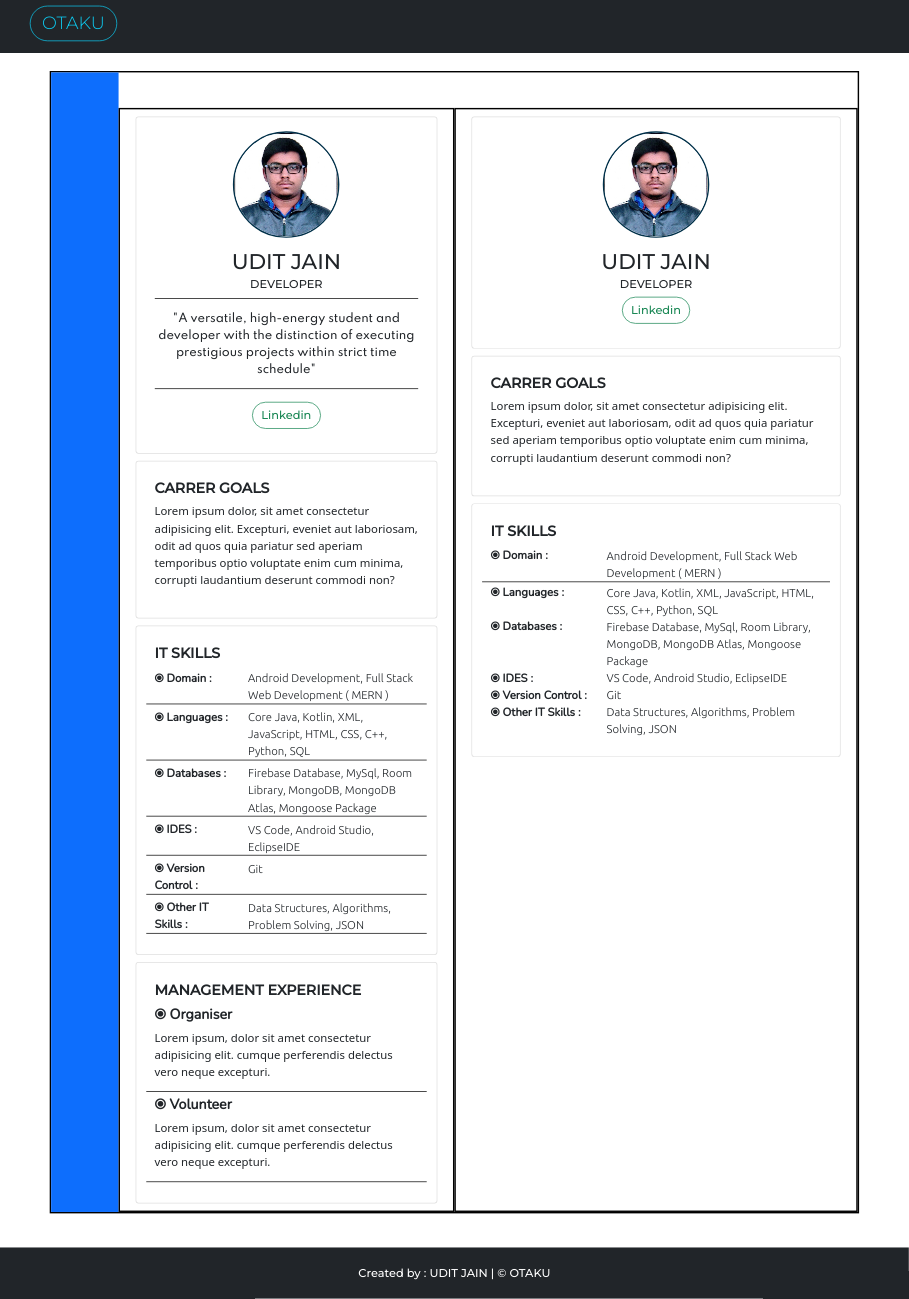
Repository: uditjain100/Responsive-Resume
Page: layouts/index.html
An editor plug-in stored every save of this project. The page is shown before and after the next save, followed by the edit.
The browser window is 1280 px wide. The pictures show the whole page, at 71% of full size.
Some web fonts or font styles are not loaded; a fallback is used. Some web libraries are served in a nearby version.

Above is the page before, as saved 2021-03-01 15:14:33.

### layouts/index.html
<!DOCTYPE html>
<html lang="en">
  <head>
    <meta charset="UTF-8" />
    <meta http-equiv="X-UA-Compatible" content="IE=edge" />
    <meta name="viewport" content="width=device-width, initial-scale=1.0" />
    <title>Udit Jain</title>
    <link rel="stylesheet" href="app.css" />
    <link
      href="https://cdn.jsdelivr.net/npm/bootstrap@5.0.0-beta1/dist/css/bootstrap.min.css"
      rel="stylesheet"
      integrity="sha384-giJF6kkoqNQ00vy+HMDP7azOuL0xtbfIcaT9wjKHr8RbDVddVHyTfAAsrekwKmP1"
      crossorigin="anonymous"
    />

    <link rel="preconnect" href="https://fonts.gstatic.com" />
    <link
      href="https://fonts.googleapis.com/css2?family=Montserrat:wght@300;500&display=swap"
      rel="stylesheet"
    />
    <link
      href="https://fonts.googleapis.com/css2?family=Roboto+Slab:wght@300&display=swap"
      rel="stylesheet"
    />
    <link
      href="https://fonts.googleapis.com/css2?family=Spartan:wght@500&display=swap"
      rel="stylesheet"
    />
    <link
      href="https://fonts.googleapis.com/css2?family=Red+Hat+Display&display=swap"
      rel="stylesheet"
    />
    <link
      href="https://fonts.googleapis.com/css2?family=Ubuntu:wght@300&display=swap"
      rel="stylesheet"
    />
    <link
      href="https://fonts.googleapis.com/css2?family=Quicksand:wght@700&display=swap"
      rel="stylesheet"
    />
    <link
      href="https://fonts.googleapis.com/css2?family=Nunito&display=swap"
      rel="stylesheet"
    />
    <link
      href="https://fonts.googleapis.com/css2?family=Akaya+Kanadaka&display=swap"
      rel="stylesheet"
    />
  </head>
  <body>
    <header class="header">
      <nav class="navbar navbar-expand-lg navbar-light bg-dark pb-3 fixed-top">
        <div class="container-fluid">
          <a
            id="navtitle"
            class="navbar-brand text-info px-3 rounded-pill border border-info"
            href="#"
            >OTAKU</a
          >
        </div>
      </nav>
    </header>

    <div class="container">
      <div id="wholewindow" class="row">
        <div class="col-1 bg-primary"></div>
        <div id="leftwindow" class="col-5">
          <div id="namebox" class="card">
            <img
              id="profileimg"
              src="profile.jpg"
              class="card-img-top"
              alt="..."
            />
            <div class="card-body">
              <h3 class="card-title" style="font-size: 30px; font-weight: 400">
                UDIT JAIN
              </h3>
              <h6 class="card-subtitle">DEVELOPER</h6>
              <p id="summary">
                "A versatile, high-energy student and developer with the
                distinction of executing prestigious projects within strict time
                schedule"
              </p>
              <a href="#" class="btn btn-outline-success rounded-pill m-2"
                >Linkedin</a
              >
            </div>
          </div>
          <div id="goalbox" class="card">
            <div class="card-body">
              <h3 class="card-title">CARRER GOALS</h3>
              <p>
                Lorem ipsum dolor, sit amet consectetur adipisicing elit.
                Excepturi, eveniet aut laboriosam, odit ad quos quia pariatur
                sed aperiam temporibus optio voluptate enim cum minima, corrupti
                laudantium deserunt commodi non?
              </p>
            </div>
          </div>
          <div id="itskillsbox" class="card">
            <div class="card-body">
              <h3 class="card-title">IT SKILLS</h3>
              <ul class="list-group">
                <li id="itskillsitem" class="row">
                  <span class="col-4" id="que">⦿ Domain : </span>
                  <span class="col-8" id="ans"
                    >Android Development, Full Stack Web Development ( MERN
                    )</span
                  >
                </li>
                <li id="itskillsitem" class="row">
                  <span class="col-4" id="que">⦿ Languages : </span>
                  <span class="col-8" id="ans"
                    >Core Java, Kotlin, XML, JavaScript, HTML, CSS, C++, Python,
                    SQL</span
                  >
                </li>
                <li id="itskillsitem" class="row">
                  <span class="col-4" id="que">⦿ Databases : </span>
                  <span class="col-8" id="ans"
                    >Firebase Database, MySql, Room Library, MongoDB, MongoDB
                    Atlas, Mongoose Package</span
                  >
                </li>
                <li id="itskillsitem" class="row">
                  <span class="col-4" id="que">⦿ IDES : </span>
                  <span class="col-8" id="ans"
                    >VS Code, Android Studio, EclipseIDE</span
                  >
                </li>
                <li id="itskillsitem" class="row">
                  <span class="col-4" id="que">⦿ Version Control : </span>
                  <span class="col-8" id="ans">Git</span>
                </li>
                <li id="itskillsitem" class="row">
                  <span class="col-4" id="que">⦿ Other IT Skills : </span>
                  <span class="col-8" id="ans"
                    >Data Structures, Algorithms, Problem Solving, JSON</span
                  >
                </li>
              </ul>
            </div>
          </div>
          <div id="managementskillsbox" class="card">
            <div class="card-body">
              <h3 class="card-title">MANAGEMENT EXPERIENCE</h3>
              <ul class="list-group">
                <li id="managementskillsitem" class="row">
                  <h5 id="que" class="display-10">⦿ Organiser</h5>
                  <p>
                    Lorem ipsum, dolor sit amet consectetur adipisicing elit.
                    cumque perferendis delectus vero neque excepturi.
                  </p>
                </li>
                <li id="managementskillsitem" class="row">
                  <h5 id="que" class="display-10">⦿ Volunteer</h5>
                  <p>
                    Lorem ipsum, dolor sit amet consectetur adipisicing elit.
                    cumque perferendis delectus vero neque excepturi.
                  </p>
                </li>
              </ul>
            </div>
          </div>
        </div>
        <div id="rightwindow" class="col-6">
          <div id="namebox" class="card">
            <img
              id="profileimg"
              src="profile.jpg"
              class="card-img-top"
              alt="..."
            />
            <div class="card-body">
              <h3 class="card-title" style="font-size: 30px; font-weight: 400">
                UDIT JAIN
              </h3>
              <h6 class="card-subtitle">DEVELOPER</h6>
              <a href="#" class="btn btn-outline-success rounded-pill m-2"
                >Linkedin</a
              >
            </div>
          </div>
          <div id="goalbox" class="card">
            <div class="card-body">
              <h3 class="card-title">CARRER GOALS</h3>
              <p>
                Lorem ipsum dolor, sit amet consectetur adipisicing elit.
                Excepturi, eveniet aut laboriosam, odit ad quos quia pariatur
                sed aperiam temporibus optio voluptate enim cum minima, corrupti
                laudantium deserunt commodi non?
              </p>
            </div>
          </div>
          <div id="itskillsbox" class="card">
            <div class="card-body">
              <h3 class="card-title">IT SKILLS</h3>
              <ul class="list-group">
                <li id="itskillsitem" class="row">
                  <span class="col-4" id="que">⦿ Domain : </span>
                  <span class="col-8" id="ans"
                    >Android Development, Full Stack Web Development ( MERN
                    )</span
                  >
                </li>
                <li id="skillsitem" class="row">
                  <span class="col-4" id="que">⦿ Languages : </span>
                  <span class="col-8" id="ans"
                    >Core Java, Kotlin, XML, JavaScript, HTML, CSS, C++, Python,
                    SQL</span
                  >
                </li>
                <li id="skillsitem" class="row">
                  <span class="col-4" id="que">⦿ Databases : </span>
                  <span class="col-8" id="ans"
                    >Firebase Database, MySql, Room Library, MongoDB, MongoDB
                    Atlas, Mongoose Package</span
                  >
                </li>
                <li id="skillsitem" class="row">
                  <span class="col-4" id="que">⦿ IDES : </span>
                  <span class="col-8" id="ans"
                    >VS Code, Android Studio, EclipseIDE</span
                  >
                </li>
                <li id="skillsitem" class="row">
                  <span class="col-4" id="que">⦿ Version Control : </span>
                  <span class="col-8" id="ans">Git</span>
                </li>
                <li id="skillsitem" class="row">
                  <span class="col-4" id="que">⦿ Other IT Skills : </span>
                  <span class="col-8" id="ans"
                    >Data Structures, Algorithms, Problem Solving, JSON</span
                  >
                </li>
              </ul>
            </div>
          </div>
        </div>
      </div>
    </div>

    <footer class="footer bg-dark mt-5 py-4">
      <div class="container">
        <span class="" style="text-align: center"
          >Created by : UDIT JAIN | &copy; OTAKU</span
        >
      </div>
    </footer>

    <script
      src="https://cdn.jsdelivr.net/npm/@popperjs/core@2.6.0/dist/umd/popper.min.js"
      integrity="sha384-KsvD1yqQ1/1+IA7gi3P0tyJcT3vR+NdBTt13hSJ2lnve8agRGXTTyNaBYmCR/Nwi"
      crossorigin="anonymous"
    ></script>
    <script
      src="https://cdn.jsdelivr.net/npm/bootstrap@5.0.0-beta2/dist/js/bootstrap.min.js"
      integrity="sha384-nsg8ua9HAw1y0W1btsyWgBklPnCUAFLuTMS2G72MMONqmOymq585AcH49TLBQObG"
      crossorigin="anonymous"
    ></script>

    <script src="https://cdnjs.cloudflare.com/ajax/libs/typed.js/2.0.11/typed.min.js"></script>

    <script src="app.js"></script>
  </body>
</html>

### layouts/app.css
/* * Common Section */

@keyframes transitionIn {
  from {
    opacity: 0;
    transform: rotateY(-10deg);
  }
  to {
    opacity: 1;
    transform: rotateY(0);
  }
}

html {
  animation: transitionIn 1s;
}

/* * Navbar Section */

#navtitle {
  font-family: "Montserrat";
  font-size: 25px;
  font-weight: 300;
  margin-left: 30px;
}

#navlist li {
  font-family: "Montserrat";
  font-weight: 200;
  margin: 10px;
  padding: 10px;
  font-size: 20px;
  transition: 0.1s;
  display: flex;
  flex-direction: column-reverse;
  align-items: center;
}

#navlist li img {
  width: 30px;
  display: none;
  height: 30px;
  margin: 5px;
  border-radius: 50%;
}

#navlist li:hover {
  font-weight: 500;
  border-bottom-left-radius: 10%;
  border-bottom-right-radius: 10%;
  border-bottom: 2px white solid;
}

@media (max-width: 993px) {
  #navlist li img {
    display: flex;
    background-color: grey;
  }
}

/*  ********************* resume work */

#wholewindow {
  margin-top: 100px;
  border: 2px black solid;
  display: flex;
  flex-direction: row;
  flex-wrap: wrap;
  justify-content: space-evenly;
  /* align-items: center; */
}

#leftwindow,
#rightwindow {
  margin-top: 50px;
  border: 2px black solid;
  min-width: 400px;
}

#namebox {
  display: flex;
  flex-direction: column;
  flex-wrap: wrap;
  justify-content: space-evenly;
  align-items: center;
  text-align: center;
  font-family: "Montserrat";
}

#profileimg {
  width: 150px;
  height: 150px;
  border-radius: 50%;
  border: 2px #003049 solid;
  margin-top: 10px;
}
#summary {
  font-family: "Spartan";
  margin-top: 10px;
  margin-bottom: 10px;
  padding-top: 15px;
  padding-bottom: 15px;

  border-bottom: 1px black solid;
  border-top: 1px black solid;
}

#itskillsitem,
#managementskillsitem {
  border-bottom: 1px black solid;
  margin-top: 3px;
  margin-bottom: 3px;
}

#que {
  font-family: "Nunito";
  font-weight: 900;
  text-align: left;
}

#ans {
  font-family: "Ubuntu";
  font-weight: 400;
  text-align: left;
}

.card {
  margin: 10px;
  padding: 10px;
}

.card-title {
  font-family: "Montserrat";
  font-weight: 900;
  font-size: 20px;
}

/* * Common Section */

.footer {
  position: -webkit-sticky;
  left: 0;
  bottom: 0;
  width: 100%;
  color: white;
  text-align: center;
  font-family: "Montserrat";
}

Loaded but not shown: layouts/app.js (no copy from this time; the picture is the same without it)

After the next save:
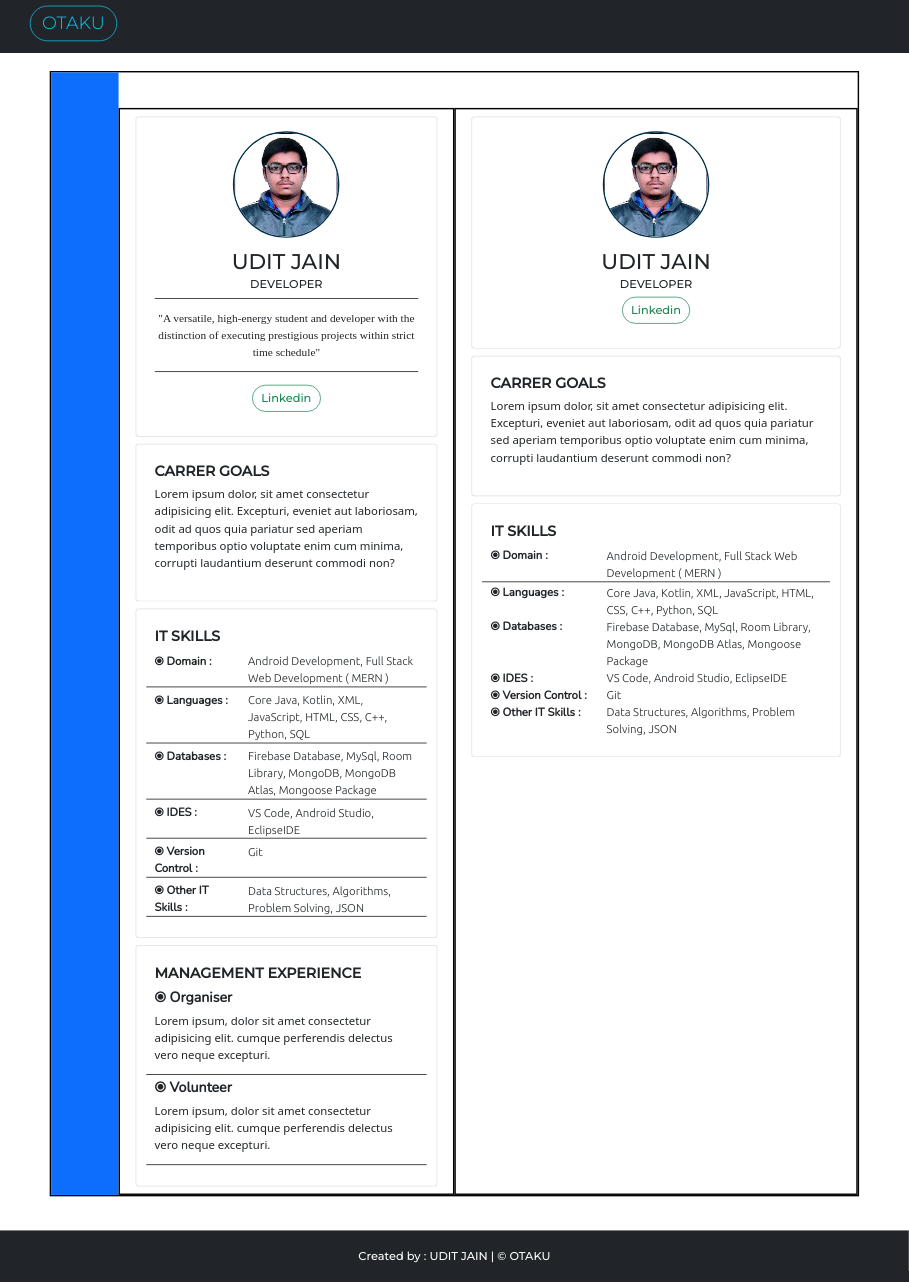
Saved 20 s later.
--- a/layouts/app.css
+++ b/layouts/app.css
@@ -95,7 +95,7 @@ html {
   margin-top: 10px;
 }
 #summary {
-  font-family: "Spartan";
+  font-family: "Akaya Kanadaka";
   margin-top: 10px;
   margin-bottom: 10px;
   padding-top: 15px;
